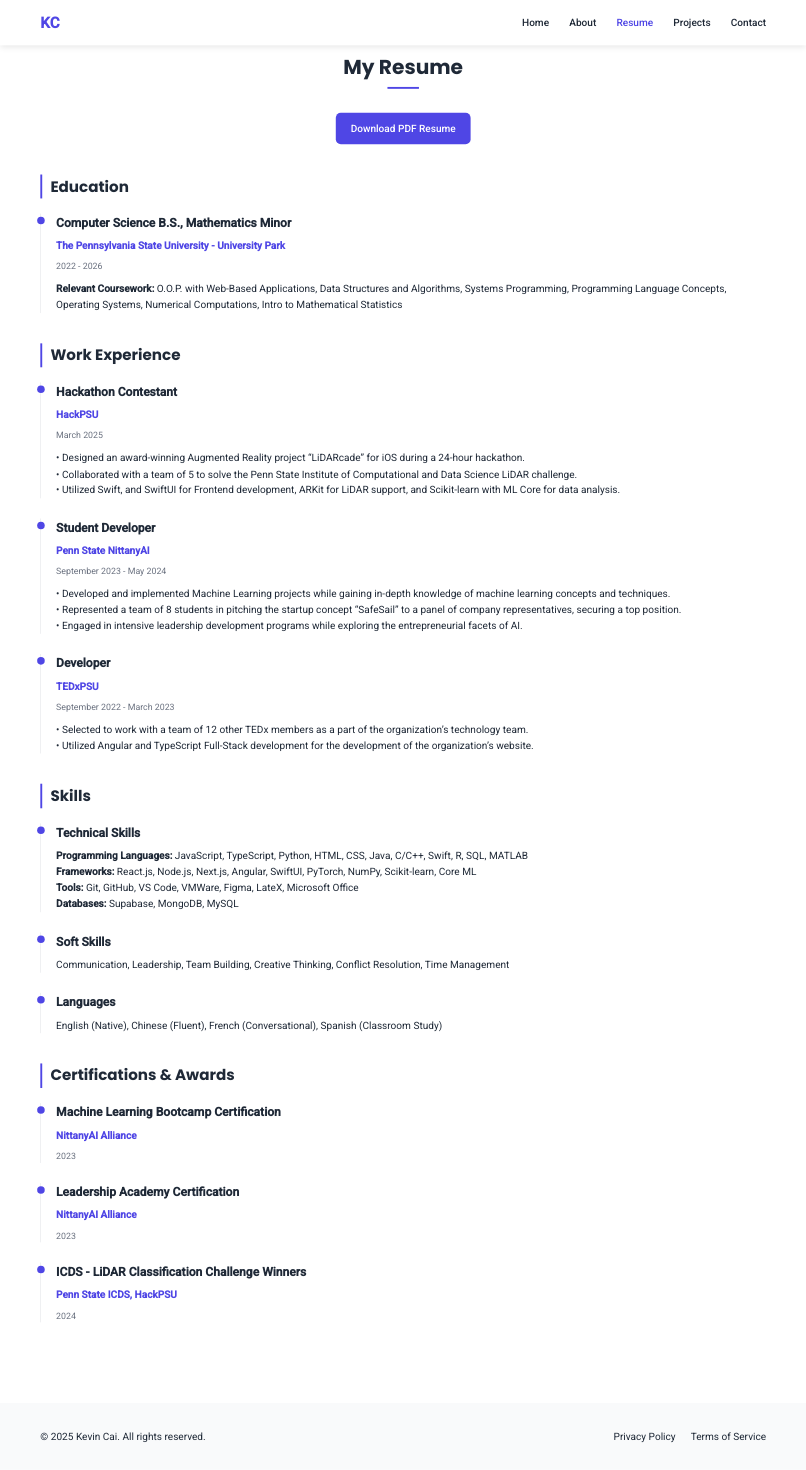
Repository: itskevbo/E-Portfolio
Page: pages/resume.html
The author's editor kept a copy of each file at every save. The page is drawn from the files as they stood at one save, then again after a run of saves.
The browser window is 1280 px wide. The pictures show the whole page, at 63% of full size.

Above is the page before, as saved 2025-04-15 00:31:49.

After the next 2 saves:
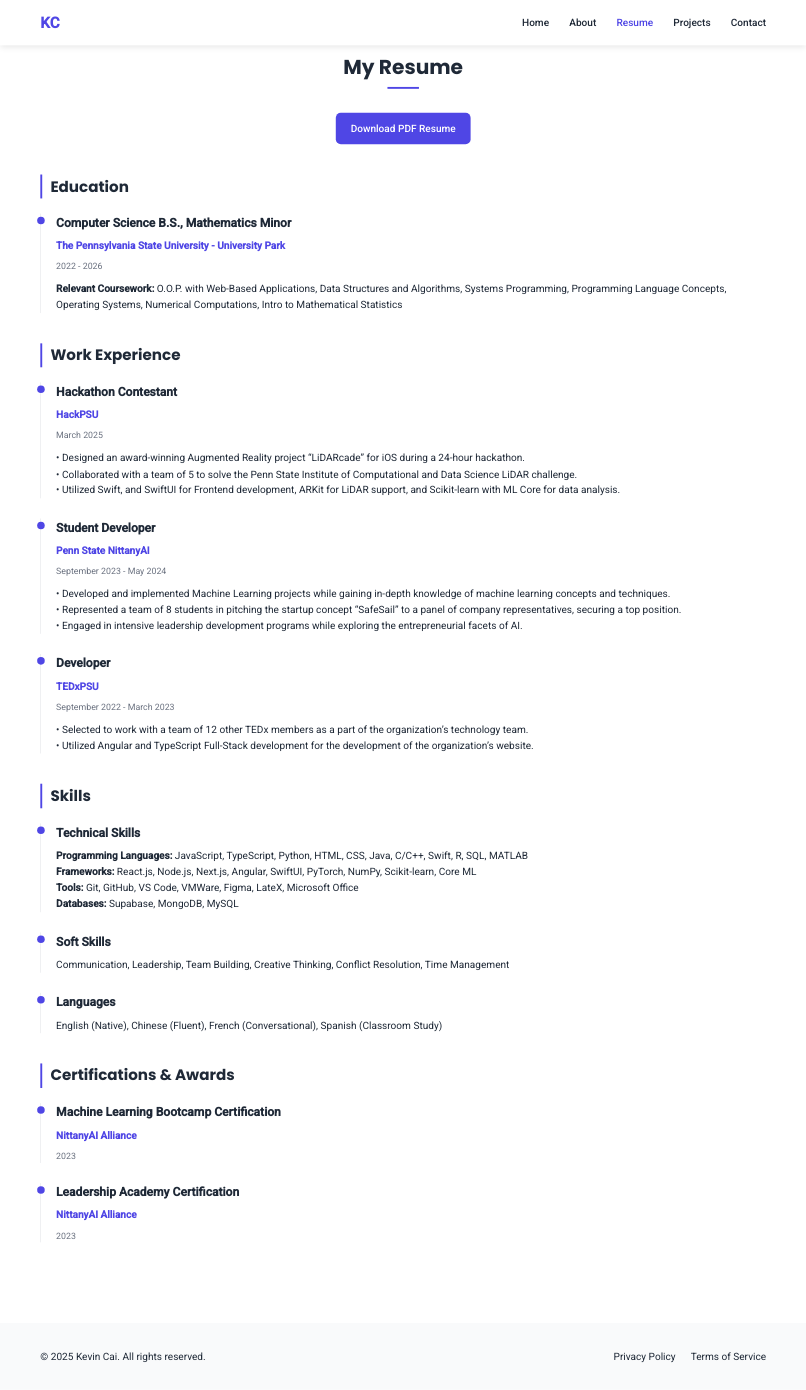
The 2 saves are shown as one change because they came seconds apart.
The last was saved 11 s later.
--- a/pages/resume.html
+++ b/pages/resume.html
@@ -218,11 +218,7 @@
                         <p class="resume-item__date">2023</p>
                     </div>
 
-                    <div class="resume-item">
-                        <h4 class="resume-item__title">ICDS - LiDAR Classification Challenge Winners </h4>
-                        <h5 class="resume-item__subtitle">Penn State ICDS, HackPSU</h5>
-                        <p class="resume-item__date">2024</p>
-                    </div>
+
                 </div>
             </div>
         </section>
